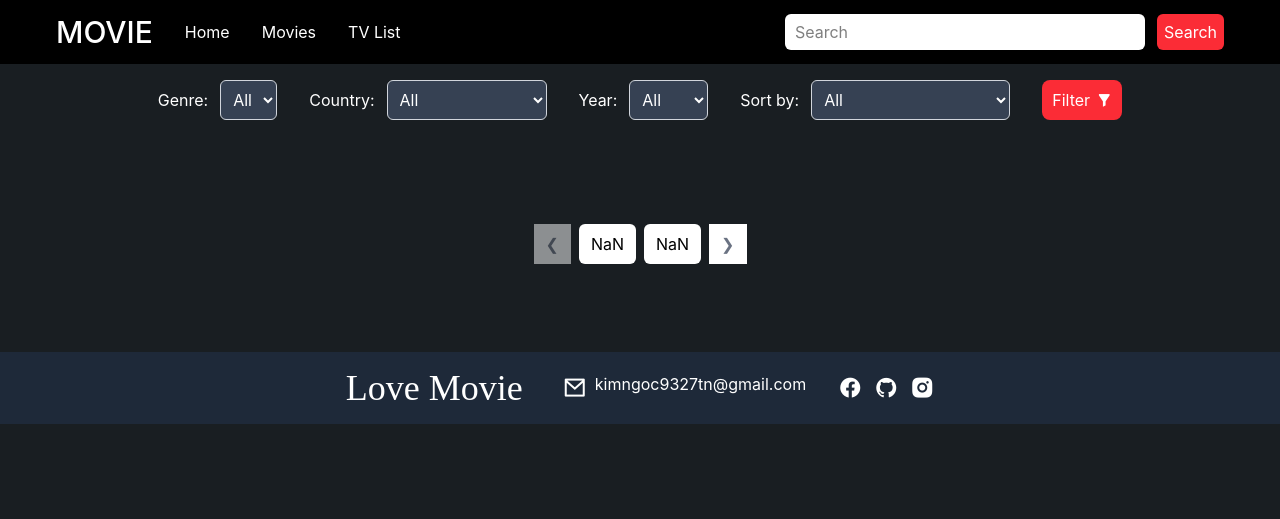
Repository: kimngoc9327/Love_Movie_Project
Page: /genre
These files come from the project's save history. The page is drawn as it stood at one moment and after the next save; the edit follows.
The browser window is 1280 px wide. The pictures show the whole page.
The page's requests for data from a server got no answer. The project was rebuilt for these pictures with package versions that can differ from the ones it lists, and the page was loaded fresh each time. No one was signed in, and anything a server would have sent is missing. Also part of the build but not shown: vite.config.js, src/components/ui/VoteAverage.jsx, src/components/ui/MovieCard.jsx, src/components/ui/MovieList.jsx, src/components/ui/Banner.jsx, src/pages/Home.jsx, src/pages/MovieCategory.jsx, src/components/ui/PlayTrailerButton.jsx and 8 more.

Above is the page before, as saved 2025-03-30 00:12:31.

### index.html
<!DOCTYPE html>
<html lang="en">
  <head>
    <meta charset="UTF-8" />
    <link rel="icon" type="image/svg+xml" href="/love-movie-logo.ico" />
    <meta name="viewport" content="width=device-width, initial-scale=1.0" />
    <title>Love Movie</title>
  </head>
  <body>
    <div id="root"></div>
    <script type="module" src="/src/main.jsx"></script>
  </body>
</html>

### src/main.jsx
import { createRoot } from "react-dom/client";
import "./index.css";
import App from "./App.jsx";
import { store } from "./redux/store";
import { Provider } from "react-redux";
import { BrowserRouter } from "react-router-dom";
import ScrollToTop from "./components/ScrollToTop.jsx";

createRoot(document.getElementById("root")).render(
  <BrowserRouter>
    <ScrollToTop />
    <Provider store={store}>
      <App />
    </Provider>
  </BrowserRouter>
);

### src/index.css
@import "tailwindcss";
@import "remixicon/fonts/remixicon.css";

:root {
  font-family: Inter, system-ui, Avenir, Helvetica, Arial, sans-serif;
  background-color: #171c20fc;
}

/* a {
  font-weight: 500;
  color: #646cff;
  text-decoration: inherit;
}
a:hover {
  color: #535bf2;
}

body {
  margin: 0;
  display: flex;
  place-items: center;
  min-width: 320px;
  min-height: 100vh;
}

h1 {
  font-size: 3.2em;
  line-height: 1.1;
}

button {
  border-radius: 8px;
  border: 1px solid transparent;
  padding: 0.6em 1.2em;
  font-size: 1em;
  font-weight: 500;
  font-family: inherit;
  background-color: #1a1a1a;
  cursor: pointer;
  transition: border-color 0.25s;
}
button:hover {
  border-color: #646cff;
}
button:focus,
button:focus-visible {
  outline: 4px auto -webkit-focus-ring-color;
}

@media (prefers-color-scheme: light) {
  :root {
    color: #213547;
    background-color: #ffffff;
  }
  a:hover {
    color: #747bff;
  }
  button {
    background-color: #f9f9f9;
  }
} */

### src/App.jsx
import { Route, Routes } from "react-router-dom";
import publicRoutes from "./routes";
import DefaultLayout from "./components/layout/DefaultLayout";
import { Fragment } from "react";
function App() {
  return (
    <>
      <Routes>
        {publicRoutes.map((route, index) => {
          const Page = route.component;
          let Layout = DefaultLayout;
          if (route.layout) {
            Layout = route.layout;
          } else if (route.layout === null) {
            Layout = Fragment;
          }
          return (
            <Route
              key={index}
              path={route.path}
              element={
                <Layout>
                  <Page />
                </Layout>
              }
            />
          );
        })}
      </Routes>
    </>
  );
}

export default App;

### src/redux/store.jsx
import { createStore, applyMiddleware } from "redux";
import { rootReducer } from "./rootReducer";
import { thunk } from "redux-thunk";

const store = createStore(rootReducer, applyMiddleware(thunk));

export { store };

### src/components/ScrollToTop.jsx
import { useEffect } from "react";
import { useLocation } from "react-router-dom";

const ScrollToTop = () => {
  const { pathname, search } = useLocation(); // Lắng nghe cả pathname và search

  useEffect(() => {
    window.scrollTo({ top: 0, left: 0, behavior: "smooth" });
  }, [pathname, search]); // Khi pathname hoặc search thay đổi, cuộn lên đầu

  return null;
};

export default ScrollToTop;

### src/routes/index.jsx
import DefaultLayout from "../components/layout/DefaultLayout";
import Home from "../pages/Home";
import MovieCategory from "../pages/MovieCategory";
import Movie from "../pages/Movie";
import MovieGenre from "../pages/MovieGenre";
import SearchMovie from "../pages/SearchMovie";
// import SearchMovie from "../pages/SearchMovie";

const publicRoutes = [
  { path: "/", component: Home, layout: DefaultLayout },
  { path: "/genre", component: MovieGenre, layout: DefaultLayout },
  { path: "/movieCategory", component: MovieCategory, layout: DefaultLayout },
  { path: "/movie", component: Movie, layout: DefaultLayout },
  { path: "/search", component: SearchMovie, layout: DefaultLayout },
];

export default publicRoutes;

### src/components/layout/DefaultLayout.jsx
import Header from "./Header";
import Footer from "./Footer";
import PropTypes from "prop-types";

function DefaultLayout({ children }) {
  return (
    <div>
      <Header />
      <div>{children}</div>
      <Footer />
    </div>
  );
}

DefaultLayout.propTypes = {
  children: PropTypes.any,
};

export default DefaultLayout;

### src/redux/rootReducer.jsx
import { combineReducers } from "redux";
import movieReducer from "./reducer/movieReducer";

export const rootReducer = combineReducers({
  movieReducer,
});

### src/pages/MovieGenre.jsx
import { useDispatch, useSelector } from "react-redux";
import MovieCard from "../components/ui/MovieCard";
import { POSTER_PATH } from "../constants/constants";
import { useEffect, useState } from "react";
import { getMovieDiscover } from "../redux/actions/movieActions";
import { useLocation, useNavigate } from "react-router-dom";
import PaginationButton from "../components/ui/PaginationButton";
import MovieFilterBar from "../components/ui/MovieFilterBar";

function MovieGenre() {
  const location = useLocation();
  const dispatch = useDispatch();
  const navigate = useNavigate();
  const movies = useSelector((state) => state.movieReducer.movies);
  const queryParams = new URLSearchParams(location.search);

  const genreId = queryParams.get("with_genres");
  const country = queryParams.get("with_origin_country");
  const year = queryParams.get("year");
  const sortBy = queryParams.get("sort_by");

  const [page, setPage] = useState(1);

  useEffect(() => {
    const params = {
      with_genres: genreId || "",
      with_origin_country: country || "",
      year: year || "",
      sort_by: sortBy || "",
      page: page,
    };

    dispatch(getMovieDiscover(params));
  }, [dispatch, genreId, country, year, sortBy, page]);

  const handleSelectMovie = (id) => {
    navigate(`/movie?id=${id}`);
  };

  const totalPages = movies?.total_pages;
  const maxPages = Math.min(totalPages, 500);
  return (
    <div className="m-20">
      <div className="flex flex-col items-center  mt-5">
        <MovieFilterBar />
        <div className="grid grid-cols-4 gap-8 my-12">
          {movies?.results
            ?.filter((movie) => movie.title && movie.poster_path)
            .map((movie) => (
              <div key={movie.id} onClick={() => handleSelectMovie(movie.id)}>
                <MovieCard
                  title={movie.title}
                  poster={POSTER_PATH + movie.poster_path}
                  vote={Number(movie?.vote_average.toFixed(2))}
                />
              </div>
            ))}
        </div>

        <PaginationButton
          currentPage={page}
          onPageChange={setPage}
          totalPages={maxPages}
        />
      </div>
    </div>
  );
}

export default MovieGenre;

### src/components/layout/Header.jsx
import { Link } from "react-router-dom";
import MovieDropdown from "../ui/MovieDropdown";
import SearchInput from "../ui/SearchInput";

const Header = () => {
  return (
    <div className="flex fixed z-50 w-screen top-0 items-center text-white p-[24px] h-[64px] bg-black">
      <div className="flex space-x-8 items-center ml-8">
        <Link to="/">
          <p className="hover:text-red-500 font-medium text-3xl">MOVIE</p>
        </Link>
        <Link to="/">
          <p className="hover:text-red-500 text-base">Home</p>
        </Link>
        <MovieDropdown />
        <p className="hover:text-red-500  text-base">TV List</p>
      </div>
      <SearchInput />
    </div>
  );
};

export default Header;

### src/components/layout/Footer.jsx
function Footer() {
  return (
    <div className="flex space-x-10 mt-12 p-4 items-center justify-center text-white bg-gray-800">
      <p className="font-[fantasy] text-4xl ">Love Movie</p>
      <div className="flex space-x-8">
        <div className="space-y-3">
          <div className="flex space-x-2">
            <i className="ri-mail-line text-2xl"></i>{" "}
            <p>kimngoc9327tn@gmail.com</p>
          </div>
        </div>
        <div className="flex space-x-3">
          <i className="ri-facebook-circle-fill  text-2xl"></i>
          <i className="ri-github-fill  text-2xl"></i>
          <i className="ri-instagram-fill  text-2xl"></i>
        </div>
      </div>
    </div>
  );
}

export default Footer;

### src/redux/reducer/movieReducer.jsx
import {
  GET_GENRE_MOVIE,
  GET_MOVIE,
  GET_MOVIE_COLLECTION,
  GET_MOVIE_DISCOVER,
  GET_MOVIES,
  GET_RECOMMENDATIONS,
  SEARCH_MOVIE,
} from "../types";

const initialState = {
  movies: {},
  genres: {},
  search: {},
  recommendations: {},
  collection: null,
  currentMovie: null,
};

const movieReducer = (state = initialState, action) => {
  switch (action.type) {
    case GET_MOVIES:
      return {
        ...state,
        movies: { ...state.movies, [action.category]: action.payload },
      };
    case GET_MOVIE_DISCOVER:
      return { ...state, movies: action.payload };
    case GET_MOVIE_COLLECTION:
      return { ...state, collection: action.payload };
    case GET_GENRE_MOVIE:
      return { ...state, genres: action.payload };
    case GET_RECOMMENDATIONS:
      return { ...state, recommendations: action.payload };
    case SEARCH_MOVIE:
      return { ...state, search: action.payload };
    case GET_MOVIE:
      return { ...state, currentMovie: action.payload };
    default:
      return state;
  }
};

export default movieReducer;

### src/redux/actions/movieActions.jsx
import axios from "axios";
import {
  GET_MOVIES,
  GET_MOVIE,
  GET_MOVIE_DISCOVER,
  GET_GENRE_MOVIE,
  GET_MOVIE_COLLECTION,
  SEARCH_MOVIE,
  GET_RECOMMENDATIONS,
} from "../types";
import { AUTH_TOKEN, BASE_URL } from "../../constants/constants";

const getMovies =
  (category, params = {}) =>
  async (dispatch) => {
    try {
      const response = await axios.get(`${BASE_URL}/movie/${category}`, {
        headers: {
          Authorization: `Bearer ${AUTH_TOKEN}`,
        },
        params: {
          ...params,
        },
      });

      dispatch({ type: GET_MOVIES, payload: response.data, category });
    } catch (error) {
      console.error(error);
    }
  };

const getMovieDiscover =
  (params = {}) =>
  async (dispatch) => {
    try {
      const response = await axios.get(`${BASE_URL}/discover/movie`, {
        headers: {
          Authorization: `Bearer ${import.meta.env.VITE_API_TOKEN}`,
        },
        params: {
          ...params,
        },
      });

      dispatch({ type: GET_MOVIE_DISCOVER, payload: response.data });
    } catch (error) {
      console.log(error);
    }
  };

const getGenreMovie = () => async (dispatch) => {
  try {
    const response = await axios.get(`${BASE_URL}/genre/movie/list`, {
      headers: {
        Authorization: `Bearer ${AUTH_TOKEN}`,
      },
    });

    dispatch({ type: GET_GENRE_MOVIE, payload: response.data });
  } catch (error) {
    console.log(error);
  }
};

const getMovieCollection = (id) => async (dispatch) => {
  try {
    const response = await axios.get(`${BASE_URL}/collection/${id}`, {
      headers: {
        Authorization: `Bearer ${AUTH_TOKEN}`,
      },
    });
    dispatch({ type: GET_MOVIE_COLLECTION, payload: response.data });
  } catch (error) {
    console.log(error);
  }
};

const getRecommendations = (id) => async (dispatch) => {
  try {
    const response = await axios.get(
      `${BASE_URL}/movie/${id}/recommendations`,
      {
        headers: {
          Authorization: `Bearer ${AUTH_TOKEN}`,
        },
      }
    );
    dispatch({ type: GET_RECOMMENDATIONS, payload: response.data });
  } catch (error) {
    console.log(error);
  }
};

const searchMovie =
  (params = {}) =>
  async (dispatch) => {
    try {
      const response = await axios.get(`${BASE_URL}/search/movie`, {
        headers: {
          Authorization: `Bearer ${AUTH_TOKEN}`,
        },
        params: {
          ...params,
        },
      });

      dispatch({ type: SEARCH_MOVIE, payload: response.data });
    } catch (error) {
      console.log(error);
    }
  };

const getMovie = (id) => async (dispatch) => {
  try {
    const response = await axios.get(`${BASE_URL}/movie/${id}`, {
      headers: {
        Authorization: `Bearer ${AUTH_TOKEN}`,
      },
      params: {
        append_to_response: "videos,translations,casts",
        language: "en-US",
      },
    });

    dispatch({ type: GET_MOVIE, payload: response.data });
  } catch (error) {
    console.log(error);
  }
};

export {
  getMovies,
  getMovie,
  getMovieDiscover,
  getGenreMovie,
  getMovieCollection,
  getRecommendations,
  searchMovie,
};

### src/constants/constants.jsx
export const API_KEY = import.meta.env.VITE_API_KEY;
export const AUTH_TOKEN = import.meta.env.VITE_API_TOKEN;
export const DEFAULT_IMAGE =
  "https://www.themoviedb.org/assets/2/v4/glyphicons/basic/glyphicons-basic-38-picture-grey-c2ebdbb057f2a7614185931650f8cee23fa137b93812ccb132b9df511df1cfac.svg";
export const POSTER_PATH = `https://image.tmdb.org/t/p/w500`;
export const BACKDROP_PATH = `https://image.tmdb.org/t/p/original`;
export const BASE_URL = `https://api.themoviedb.org/3`;

### src/components/ui/PaginationButton.jsx
import PropTypes from "prop-types";

const PaginationButton = ({ currentPage, totalPages, onPageChange }) => {
  const getPageNumbers = () => {
    const pages = [];
    const maxPages = Math.min(totalPages, 500);

    if (maxPages <= 6) {
      for (let i = 1; i <= maxPages; i++) pages.push(i);
    } else {
      if (currentPage > 1) pages.push(1, "...");

      if (currentPage < maxPages - 1) {
        pages.push(currentPage);
        if (currentPage + 1 <= maxPages) pages.push(currentPage + 1);
        if (currentPage + 2 <= maxPages) pages.push(currentPage + 2);
      }

      if (currentPage < maxPages - 2) pages.push("...");

      pages.push(maxPages - 1, maxPages);
    }

    return pages;
  };

  return (
    <div className="flex items-center space-x-2 rounded-md px-4 py-2">
      <button
        className={`px-3 py-2 bg-white text-gray-500 hover:cursor-pointer ${
          currentPage === 1
            ? "opacity-50 cursor-not-allowed"
            : "hover:bg-gray-200"
        }`}
        disabled={currentPage === 1}
        onClick={() => onPageChange(currentPage - 1)}
      >
        ❮
      </button>

      {getPageNumbers().map((page, index) =>
        page === "..." ? (
          <span key={index} className="px-3 py-2 text-gray-500 ">
            ...
          </span>
        ) : (
          <button
            key={index}
            className={`px-3 py-2 bg-white rounded-md hover:cursor-pointer ${
              currentPage === page
                ? "!bg-indigo-600 text-white"
                : "hover:bg-gray-200"
            }`}
            onClick={() => onPageChange(page)}
          >
            {page}
          </button>
        )
      )}

      <button
        className={`px-3 py-2 bg-white text-gray-500 hover:cursor-pointer ${
          currentPage === totalPages
            ? "opacity-50 cursor-not-allowed"
            : "hover:bg-gray-200"
        }`}
        disabled={currentPage === totalPages}
        onClick={() => onPageChange(currentPage + 1)}
      >
        ❯
      </button>
    </div>
  );
};

PaginationButton.propTypes = {
  currentPage: PropTypes.any,
  onPageChange: PropTypes.any,
  totalPages: PropTypes.any,
};

export default PaginationButton;

### src/components/ui/MovieDropdown.jsx
import { Menu, MenuButton, MenuItem, MenuItems } from "@headlessui/react";
import { useEffect, useState } from "react";
import { useDispatch, useSelector } from "react-redux";
import {
  getGenreMovie,
  getMovieDiscover,
} from "../../redux/actions/movieActions";
import { useNavigate } from "react-router-dom";

function MovieDropdown() {
  const [isOpen, setIsOpen] = useState(false);
  const dispatch = useDispatch();
  const navigate = useNavigate();
  const genres = useSelector((state) => state.movieReducer.genres);

  useEffect(() => {
    dispatch(getGenreMovie());
  }, [dispatch]);

  const handleGenreSelect = (genreId) => {
    dispatch(getMovieDiscover(genreId));
    navigate(`/genre?genre=${genreId}`);
    setIsOpen(false);
  };

  return (
    <div className="relative" onMouseUp={() => setIsOpen(true)}>
      <Menu>
        <MenuButton className="hover:text-red-500 text-base">Movies</MenuButton>
        {isOpen && (
          <MenuItems className="grid grid-cols-3 gap-4 absolute left-0 mt-2 w-150 p-2 origin-top-right rounded-md bg-black ring-1 z-40 focus:outline-none">
            {genres?.genres?.map((genre, index) => (
              <MenuItem
                id={genre.id}
                key={index}
                as="div"
                className="px-4 py-2 text-white hover:bg-gray-700 cursor-pointer"
                onClick={() => handleGenreSelect(genre.id)}
              >
                {genre.name}
              </MenuItem>
            ))}
          </MenuItems>
        )}
      </Menu>
    </div>
  );
}

export default MovieDropdown;

### src/components/ui/SearchInput.jsx
import { useEffect, useState, useRef } from "react";
import { useLocation, useNavigate } from "react-router-dom";
import { AUTH_TOKEN, BASE_URL, POSTER_PATH } from "../../constants/constants";
import axios from "axios";

function SearchInput() {
  const navigate = useNavigate();
  const location = useLocation();
  const [query, setQuery] = useState("");
  const [showResults, setShowResults] = useState(false);

  const resultsRef = useRef(null);

  const [suggestions, setSuggestions] = useState([]); // Thêm state cục bộ để lưu kết quả gợi ý

  useEffect(() => {
    if (query.trim() === "") {
      setSuggestions([]);
      return;
    }

    const timer = setTimeout(async () => {
      try {
        const response = await axios.get(`${BASE_URL}/search/movie`, {
          headers: {
            Authorization: `Bearer ${AUTH_TOKEN}`,
          },
          params: {
            query: query,
            include_adult: false,
            language: "en-US",
            page: 1,
          },
        });

        setSuggestions(response.data);
        setShowResults(true);
      } catch (error) {
        console.error("Lỗi khi tìm kiếm phim:", error);
        setSuggestions([]);
      }
    }, 500);

    return () => clearTimeout(timer);
  }, [query]);

  useEffect(() => {
    setShowResults(false);
  }, [location.pathname, location.search]);

  useEffect(() => {
    function handleClickOutside(event) {
      if (resultsRef.current && !resultsRef.current.contains(event.target)) {
        setShowResults(false);
      }
    }

    document.addEventListener("mousedown", handleClickOutside);
    return () => document.removeEventListener("mousedown", handleClickOutside);
  }, []);

  const handleSearch = (e) => {
    e.preventDefault();
    navigate(`/search?query=${query}`);
  };

  const handleSelectMovie = (id) => {
    navigate(`/movie?id=${id}`);
    setShowResults(false);
    setQuery("");
  };

  return (
    <>
      <form
        onSubmit={handleSearch}
        className="ml-auto mr-8 flex items-center space-x-3 relative"
      >
        <input
          className="h-[36px] w-90 text-black pl-[10px] bg-white rounded-md"
          placeholder="Search"
          value={query || ""}
          onChange={(e) => setQuery(e.target.value)}
        />
        <button
          type="submit"
          className="bg-red-500 px-[7px] h-[36px] text-center rounded-md"
        >
          Search
        </button>

        {showResults && suggestions?.results?.length > 0 && (
          <div
            ref={resultsRef}
            className="absolute w-90 top-14 bg-black text-white mt-2 rounded-md shadow-lg p-2"
          >
            {suggestions?.results?.slice(0, 8).map((movie, index) => (
              <div
                onClick={() => handleSelectMovie(movie?.id)}
                key={index}
                className="p-2 cursor-pointer hover:bg-gray-800 flex space-x-4 items-center"
              >
                <img
                  src={POSTER_PATH + movie.poster_path}
                  className="object-cover w-10 h-10"
                />
                <span className="text-gray-300">{movie.title}</span>
              </div>
            ))}
          </div>
        )}
      </form>
    </>
  );
}

export default SearchInput;

### src/redux/types.jsx
export const GET_MOVIES = "GET_MOVIES";
export const GET_MOVIE = "GET_MOVIE";
export const GET_GENRE_MOVIE = "GET_GENRE_MOVIE";
export const GET_MOVIE_DISCOVER = "GET_MOVIE_DISCOVER";
export const GET_MOVIE_COLLECTION = "GET_MOVIE_COLLECTION";
export const GET_RECOMMENDATIONS = "GET_RECOMMENDATIONS";
export const SEARCH_MOVIE = "SEARCH_MOVIE";

### src/components/ui/Notice.jsx
function Notice() {
  return (
    <div className="bg-[#202533] p-2">
      <p className="text-amber-500 text-center text-sm">
        IF THE CONTENT CANNOT BE LOADED, PLEASE PRESS F5 OR RELOAD THE PAGE ONCE
        OR TWICE.
      </p>
    </div>
  );
}

export default Notice;

Loaded but not shown: src/components/ui/MovieFilterBar.jsx (181 lines, source omitted)

After the next save:
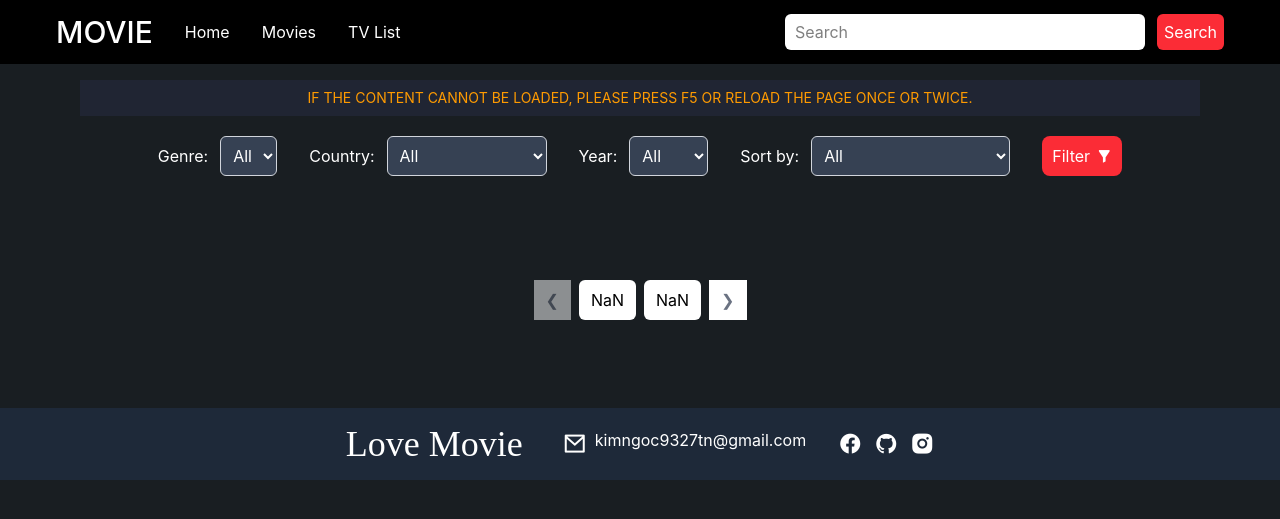
Saved 13 s later.
--- a/src/pages/MovieGenre.jsx
+++ b/src/pages/MovieGenre.jsx
@@ -6,6 +6,7 @@ import { getMovieDiscover } from "../redux/actions/movieActions";
 import { useLocation, useNavigate } from "react-router-dom";
 import PaginationButton from "../components/ui/PaginationButton";
 import MovieFilterBar from "../components/ui/MovieFilterBar";
+import Notice from "../components/ui/Notice";
 
 function MovieGenre() {
   const location = useLocation();
@@ -41,6 +42,7 @@ function MovieGenre() {
   const maxPages = Math.min(totalPages, 500);
   return (
     <div className="m-20">
+      <Notice />
       <div className="flex flex-col items-center  mt-5">
         <MovieFilterBar />
         <div className="grid grid-cols-4 gap-8 my-12">
